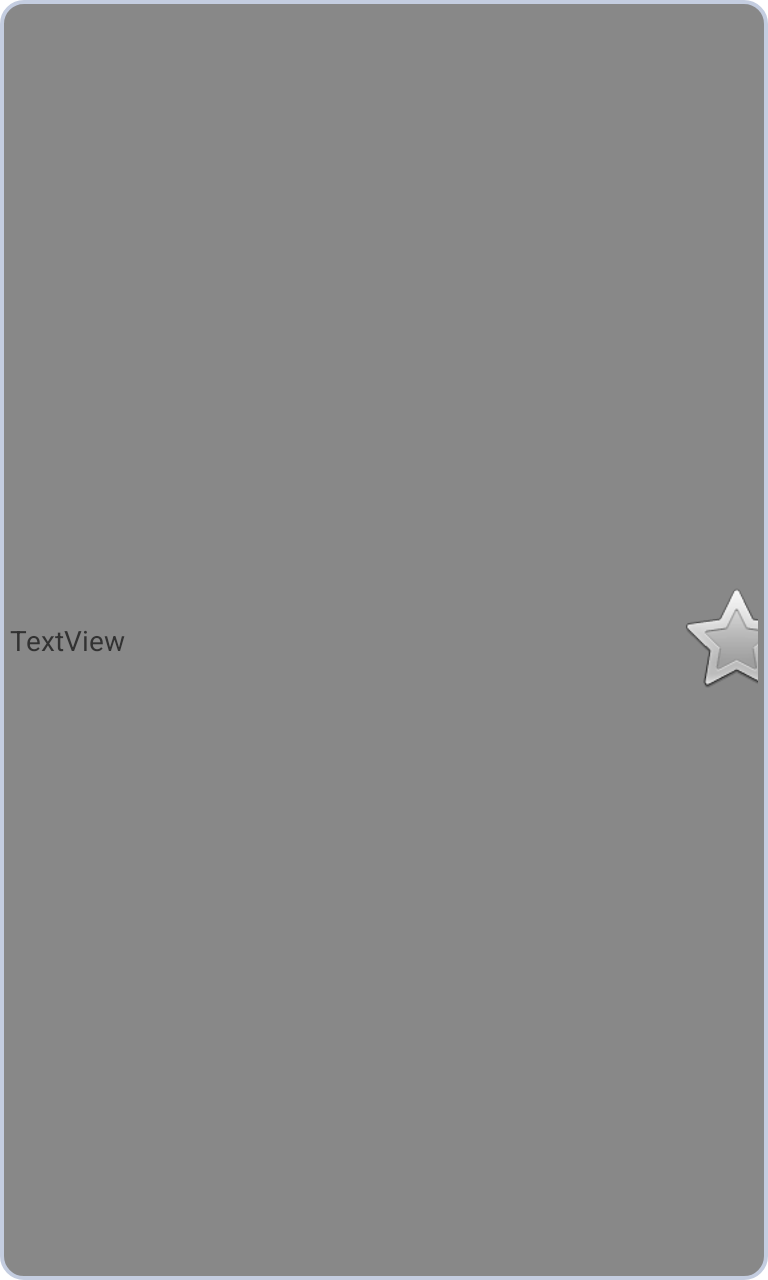
Repository: vinothsridhar/CrickBuzzChallenge
Layout: CricBuzzAndroidApp/res/layout/playlist_item.xml
These files come from the project's save history. The layout is drawn as it stood at one moment and after the next save; the edit follows.
It is drawn on a 768 x 1280 px phone screen (xhdpi) without system bars, with theme AppTheme; the app's code is not run.

Above is the layout before, as saved 2014-12-20 11:08:40.

After the next save:
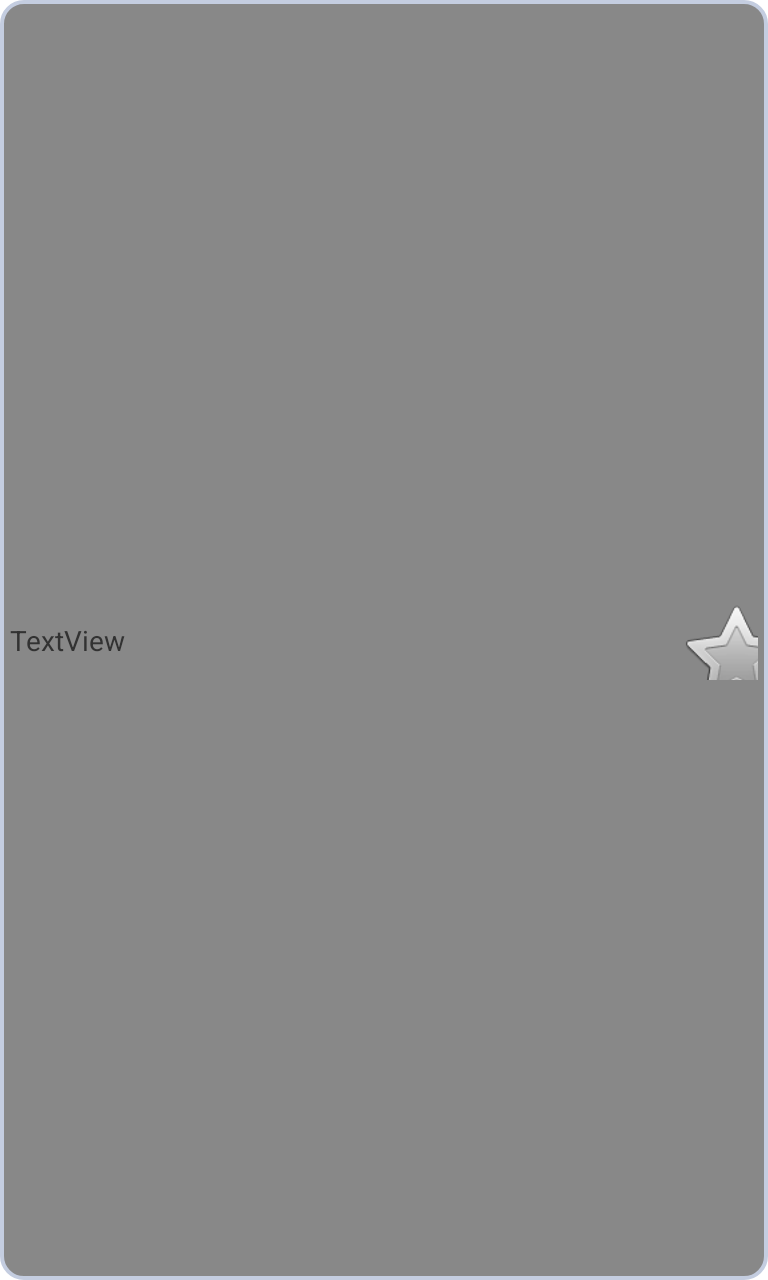
Saved 8 s later.
--- a/CricBuzzAndroidApp/res/layout/playlist_item.xml
+++ b/CricBuzzAndroidApp/res/layout/playlist_item.xml
@@ -17,7 +17,7 @@
     <RatingBar
         android:id="@+id/ratingBar1"
         android:layout_width="40dp"
-        android:layout_height="wrap_content"
+        android:layout_height="40dp"
         android:layout_weight="0"
         android:numStars="1" />
 
